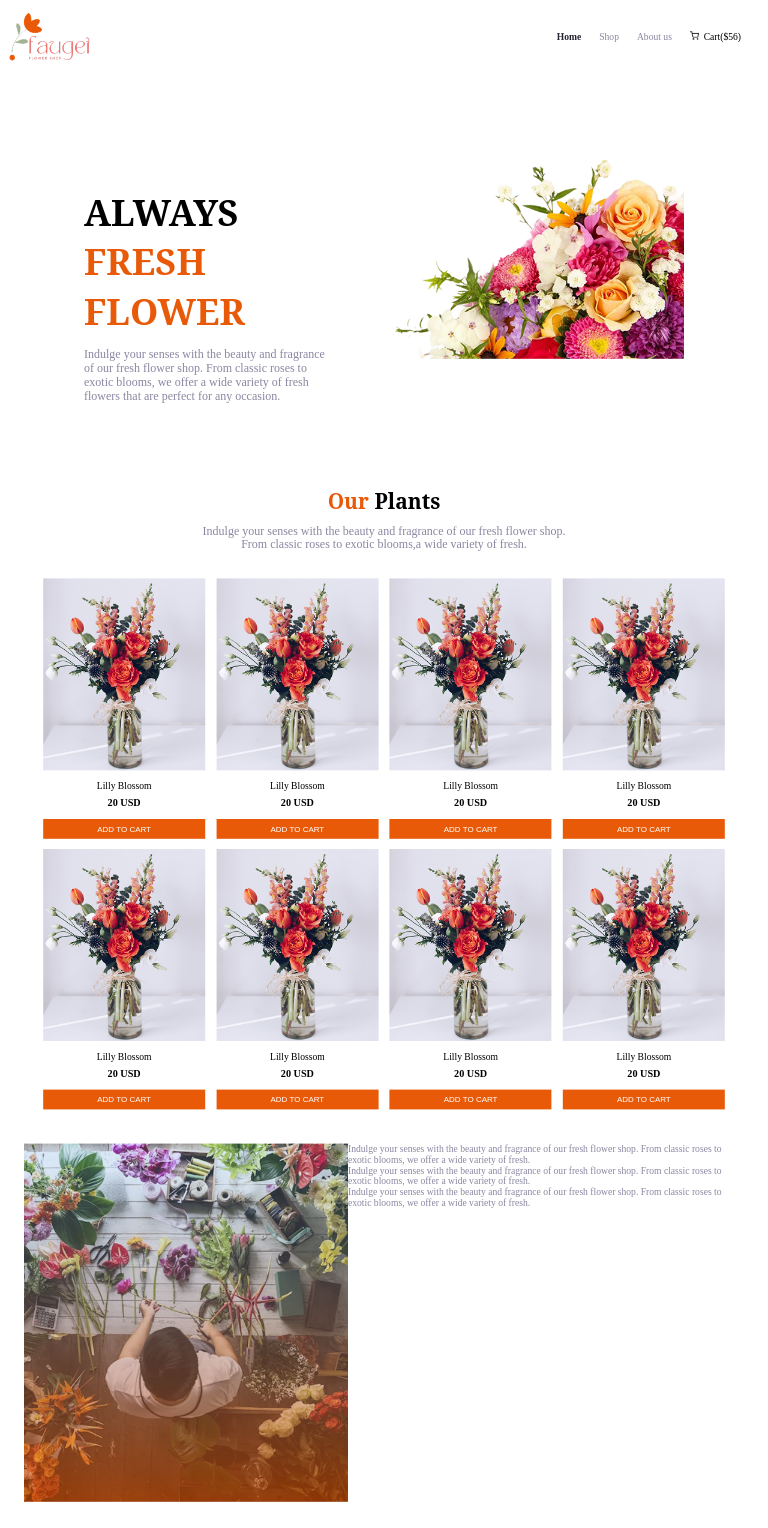
Repository: dollyrakhe22/Flowers-main-website
Page: index.html
The author's editor kept a copy of each file at every save. The page is drawn from the files as they stood at one save, then again after the next save.
The browser window is 1280 px wide. The pictures show the whole page, at 60% of full size.
Some web libraries are served in a nearby version.

Above is the page before, as saved 2025-07-24 08:42:24.

### index.html
<!DOCTYPE html>
<html lang="en">
<head>
    <meta charset="UTF-8">
    <meta name="viewport" content="width=device-width, initial-scale=1.0">
    <title>Flowers Site</title>
    <link rel="stylesheet" href="style.css">
    <link rel="stylesheet" href="https://cdnjs.cloudflare.com/ajax/libs/font-awesome/7.0.0/css/all.min.css" integrity="sha512-DxV+EoADOkOygM4IR9yXP8Sb2qwgidEmeqAEmDKIOfPRQZOWbXCzLC6vjbZyy0vPisbH2SyW27+ddLVCN+OMzQ==" crossorigin="anonymous" referrerpolicy="no-referrer" />
</head>
<body >
    <header>
           <nav class="nav-bar display-flex">
                <img src="assets/logo.png" alt="" srcset="">


              <ul class="list-link display-flex">
                <li class="list-item text-black ">Home</li>
                <li class="list-item text-gray">Shop</li>
                <li class="list-item text-gray">About us</li>
                <li class="list-item"><img src="assets/shopping-cart (1).jpg"id="shopping-card" alt="" srcset=""width="15px" height="15px">Cart($56)</li>
             </ul>
           </nav>
           </header>
   <main>
  <!--Fresh Flowers-->

 <section class="flower-section display-flex">
  <div class="fresh-flower">
   <h1 class="flower-title noto-serif-normal">ALWAYS <span class="primary-color">FRESH<br> FLOWER</span></h1>
   <p class="flower-description text-gray">Indulge your senses with the beauty and fragrance of our fresh flower shop. From classic roses to exotic blooms,
     we offer a wide variety of fresh flowers that are perfect for any occasion. </p>
  </div>
  <div class="flower-img">
    <img src="assets/hero-flower.png" alt="" srcset="">
  </div>

 </section>
 <!--Plants-->
<section class="plants-section">

    <h1 class="plant-title noto-serif-normal"><span class="primary-color">Our</span> Plants</h1>
    <p class="plant-description text-gray">Indulge your senses with the beauty
      and fragrance  of our fresh flower shop. <span style="display: block;"> From classic roses to exotic blooms,a wide variety of fresh.</span>
     </p>
</section>
<!--Plant-Card-Container-->
<section >
<div class="card-container">
  <div class="plant-card">
    <img src="assets/sample-flower-image.png" alt="" srcset="">
    <h4 class="lily">Lilly Blossom</h4>
    <p class="price">20 USD</p>
    <button class="btn">ADD TO CART</button>
  </div>
  <div class="plant-card">
    <img src="assets/sample-flower-image.png" alt="" srcset="">
    <h3 class="lily">Lilly Blossom</h3>
    <p class="price">20 USD</p>
    <button class="btn">ADD TO CART</button>
  </div>
  <div class="plant-card">
    <img src="assets/sample-flower-image.png" alt="" srcset="">
    <h3 class="lily">Lilly Blossom</h3>
    <p class="price">20 USD</p>
    <button class="btn">ADD TO CART</button>
  </div>
  <div class="plant-card">
    <img src="assets/sample-flower-image.png" alt="" srcset="">
    <h3 class="lily">Lilly Blossom</h3>
    <p class="price">20 USD</p>
    <button class="btn">ADD TO CART</button>
  </div>

<div class="plant-card">
    <img src="assets/sample-flower-image.png" alt="" srcset="">
    <h3 class="lily">Lilly Blossom</h3>
    <p class="price">20 USD</p>
    <button class="btn">ADD TO CART</button>
  </div>
  <div class="plant-card">
    <img src="assets/sample-flower-image.png" alt="" srcset="">
    <h3 class="lily">Lilly Blossom</h3>
    <p class="price">20 USD</p>
    <button class="btn">ADD TO CART</button>
  </div>
  <div class="plant-card">
    <img src="assets/sample-flower-image.png" alt="" srcset="">
    <h3 class="lily">Lilly Blossom</h3>
    <p class="price">20 USD</p>
    <button class="btn">ADD TO CART</button>
  </div>
  <div class="plant-card">
    <img src="assets/sample-flower-image.png" alt="" srcset="">
    <h3 class="lily">Lilly Blossom</h3>
    <p class="price">20 USD</p>
    <button class="btn">ADD TO CART</button>
  </div>

</div>
</section>
<!--Flowers-Lovers-->
<section class="flower-plant display-flex">
  <div>
    <img src="assets/flower-store.png" alt="" srcset="">
  </div>
  <div>
    <h1 class="lover-title"></h1>
    <ul>
      <li class="text-gray">Indulge your senses with the beauty and fragrance of our fresh flower shop.
         From classic roses to exotic blooms, we offer a wide variety of fresh.</li>
      <li class="text-gray">Indulge your senses with the beauty and fragrance of our fresh flower shop.
         From classic roses to exotic blooms, we offer a wide variety of fresh.</li>
      <li class="text-gray">Indulge your senses with the beauty and fragrance of our fresh flower shop.
         From classic roses to exotic blooms, we offer a wide variety of fresh.</li>
    </ul>
  </div>
</section>









    </main>
    <footer>

    </footer>
</body>
</html>

### style.css
@import url('https://fonts.googleapis.com/css2?family=Noto+Serif:ital,wght@0,100..900;1,100..900&display=swap');

*{
    box-sizing: border-box;
    margin: 0;
    padding: 0;
}

.noto-serif-normal{
  font-family: "Noto Serif", serif;
  font-optical-sizing: auto;
  font-style: normal;

}
/*shared style*/
.display-flex{
    display: flex;
}
/*black*/
.text-black{
    color:#252432;
    font-weight: bold;
}
/*dark 02*/
.text-gray{
    color: #8987A1;
}
.primary-color{
    color:#E95A08;
}
/*navbar start*/
.nav-bar{
   justify-content: space-between;
   margin: 20px auto;
   max-width: 1250px;




}
.list-link{
    justify-items: center;
    justify-content: center;
    align-items: center;



}
nav ul li{
    list-style: none;
    margin-right: 30px;
}
#shopping-card{
    margin-right: 8px;
}
/*Fresh Flower*/
.fresh-flower{
    margin-top: 70px;
}
.flower-section{
    max-width: 100%;
   margin: 140px;
   gap: 10px;
}
.flower-title{
      font-size: 3.75rem;
}
.flower-description{
    font-size: 1.25rem;
    margin-top: 20px;
}
/*Plants*/
.plants-section{
  justify-items: center;

}
.plant-title{
    font-size: 2.18rem;
    font-weight: 700;
}
.plant-description{
    font-size: 1.25rem;
    margin-top: 15px;
   text-align: center;

}
/*Plant-Card-Container*/
.card-container{
    max-width: 1150px;
    margin: 45px auto;
    display: grid;
    grid-template-columns: repeat(4,1fr);
    gap: 5px;
}
.plant-card {
    align-items: center;
    justify-items: center;
}
.lily{
    font-size: 1rem;
    font-weight:200;
    margin-top: 10px;
}
.price{
    font-size: 17px;
    font-weight: bold;
    margin-top: 10px;
}
.btn{
   background-color: #E95A08;
   color:white;
   width: 270px;
   height: 33px;
   border: none;
   margin-top: 16px;
   margin-bottom: 12px;
}
/*Flowers and Lover*/
.flower-plant{
   max-width: 100%;
    margin: 40px 40px 40px 40px;


}

After the next save:
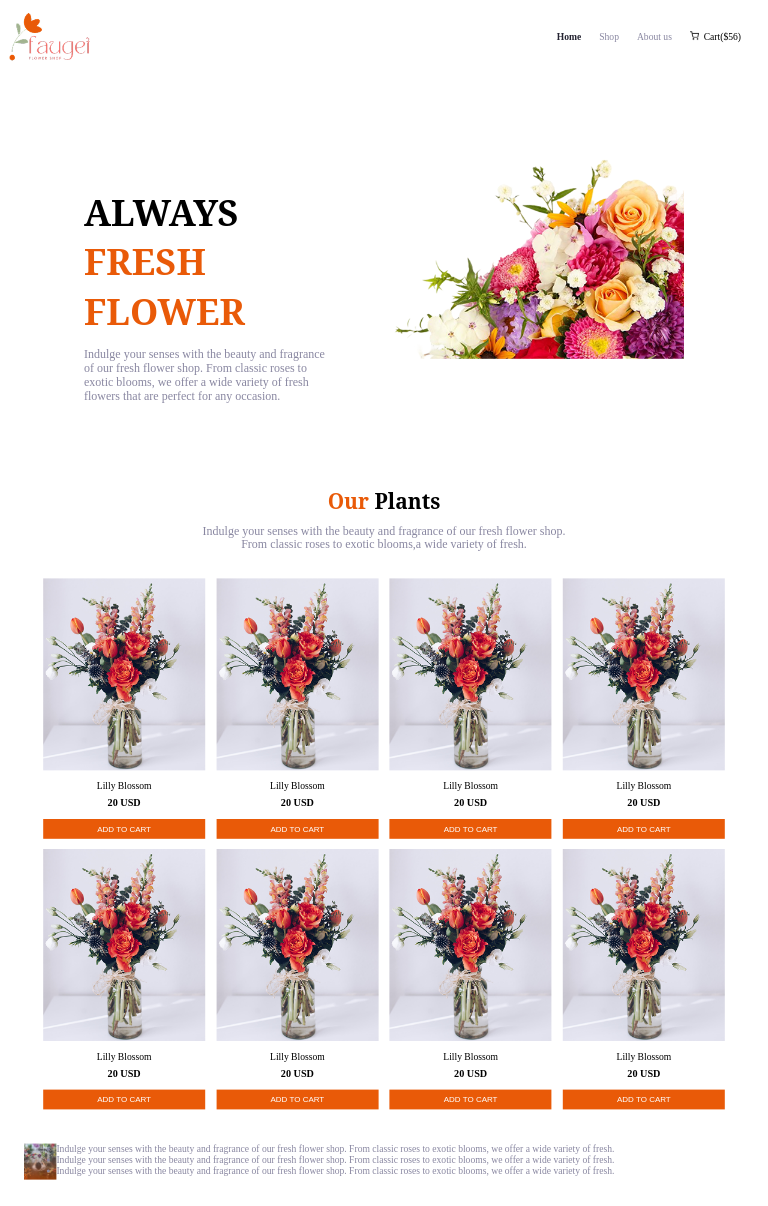
Saved 60 s later.
--- a/style.css
+++ b/style.css
@@ -122,3 +122,6 @@ nav ul li{
 
 
 }
+.flower-plant img{
+    width: 54px;
+}

After the save that followed:
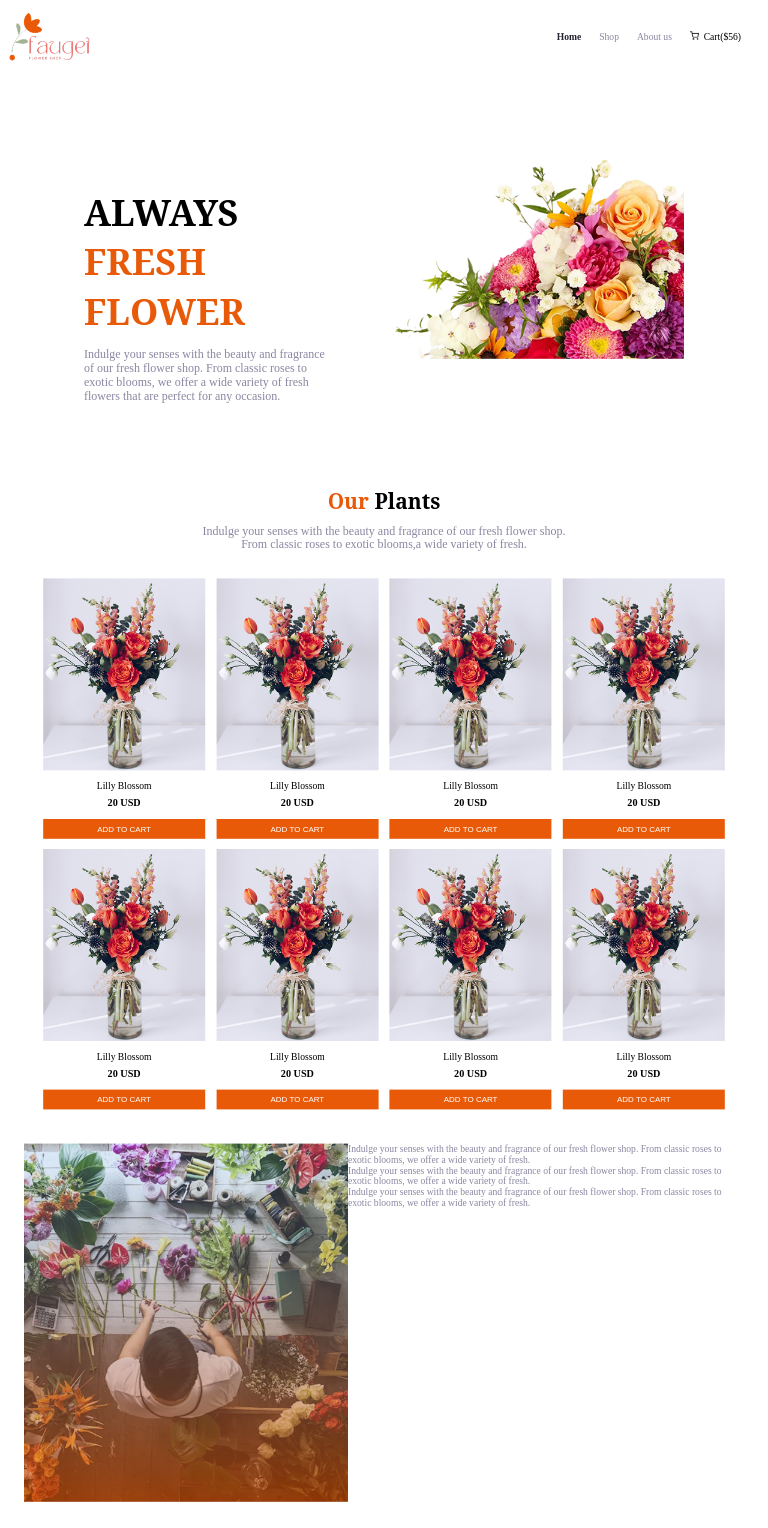
Saved 18 s later.
--- a/style.css
+++ b/style.css
@@ -123,5 +123,5 @@ nav ul li{
 
 }
 .flower-plant img{
-    width: 54px;
+    width: 540px;
 }
